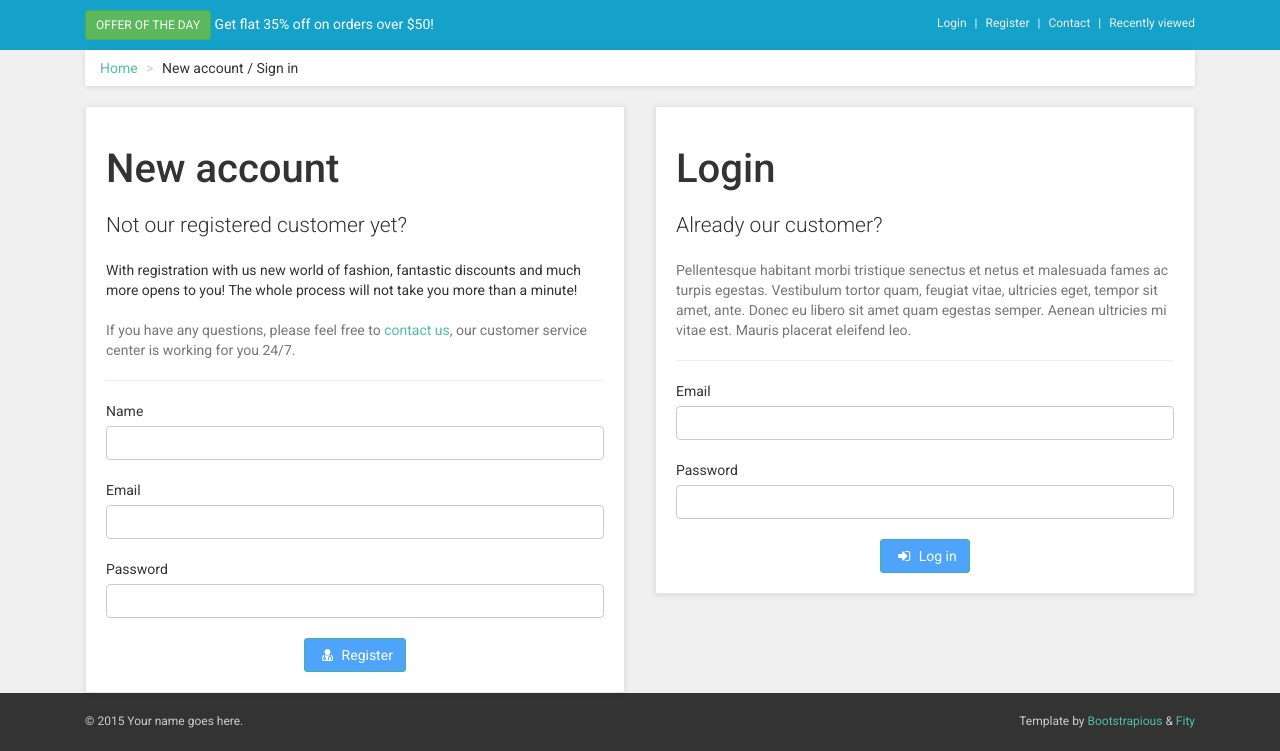
Repository: Sagnikb9/JavaDevops-Ecommerce
Page: http://localhost/MedioxyPharm/register
An editor plug-in stored every save of this project. The page is shown before and after the next save, followed by the edit.
The browser window is 1280 px wide. The pictures show the whole page.
The page is served by Tomcat 9.

Above is the page before, as saved 2017-10-01 23:08:43.

After the next save:
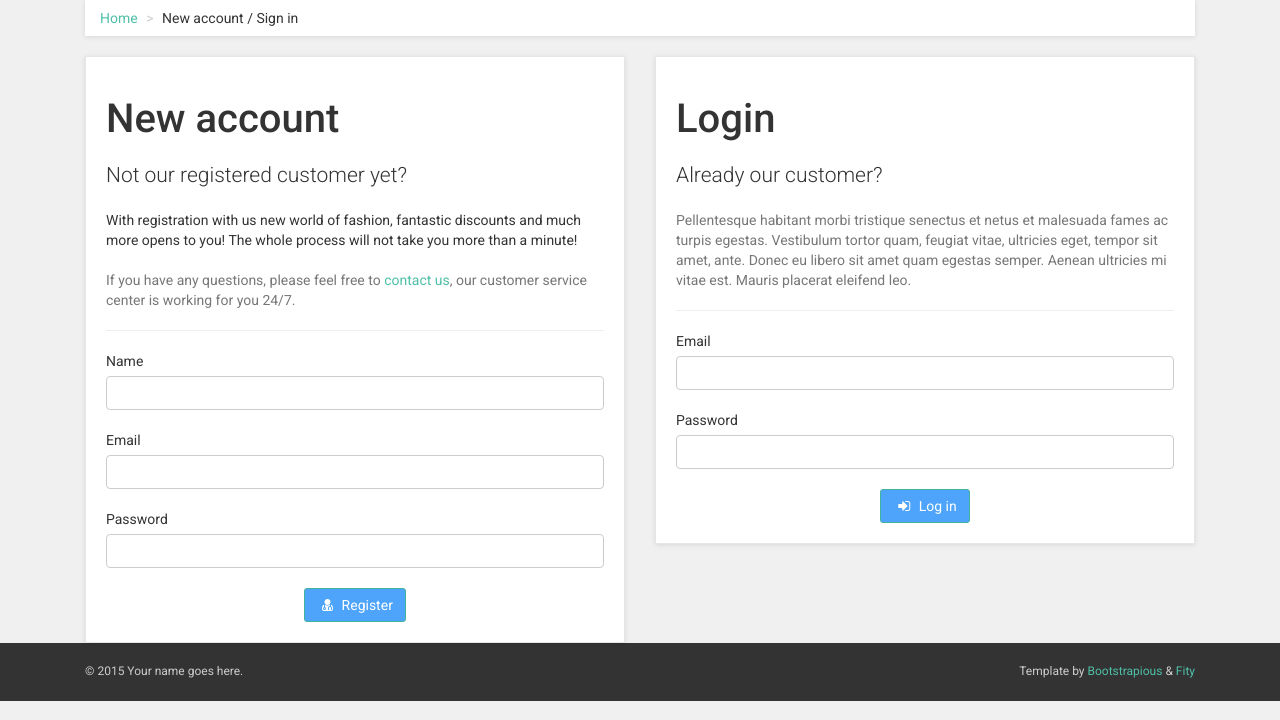
Saved 39 s later.
--- a/MedioxyPharm/src/main/webapp/WEB-INF/views/register.jsp
+++ b/MedioxyPharm/src/main/webapp/WEB-INF/views/register.jsp
@@ -42,25 +42,7 @@
 
 <body>
     <!-- *** TOPBAR ***
- _________________________________________________________ -->
-    <div id="top">
-        <div class="container">
-            <div class="col-md-6 offer" data-animate="fadeInDown">
-                <a href="#" class="btn btn-success btn-sm" data-animate-hover="shake">Offer of the day</a>  <a href="#">Get flat 35% off on orders over $50!</a>
-            </div>
-            <div class="col-md-6" data-animate="fadeInDown">
-                <ul class="menu">
-                    <li><a href="#" data-toggle="modal" data-target="#login-modal">Login</a>
-                    </li>
-                    <li><a href="register.html">Register</a>
-                    </li>
-                    <li><a href="contact.html">Contact</a>
-                    </li>
-                    <li><a href="#">Recently viewed</a>
-                    </li>
-                </ul>
-            </div>
-        </div>
+
         <div class="modal fade" id="login-modal" tabindex="-1" role="dialog" aria-labelledby="Login" aria-hidden="true">
             <div class="modal-dialog modal-sm">
 
